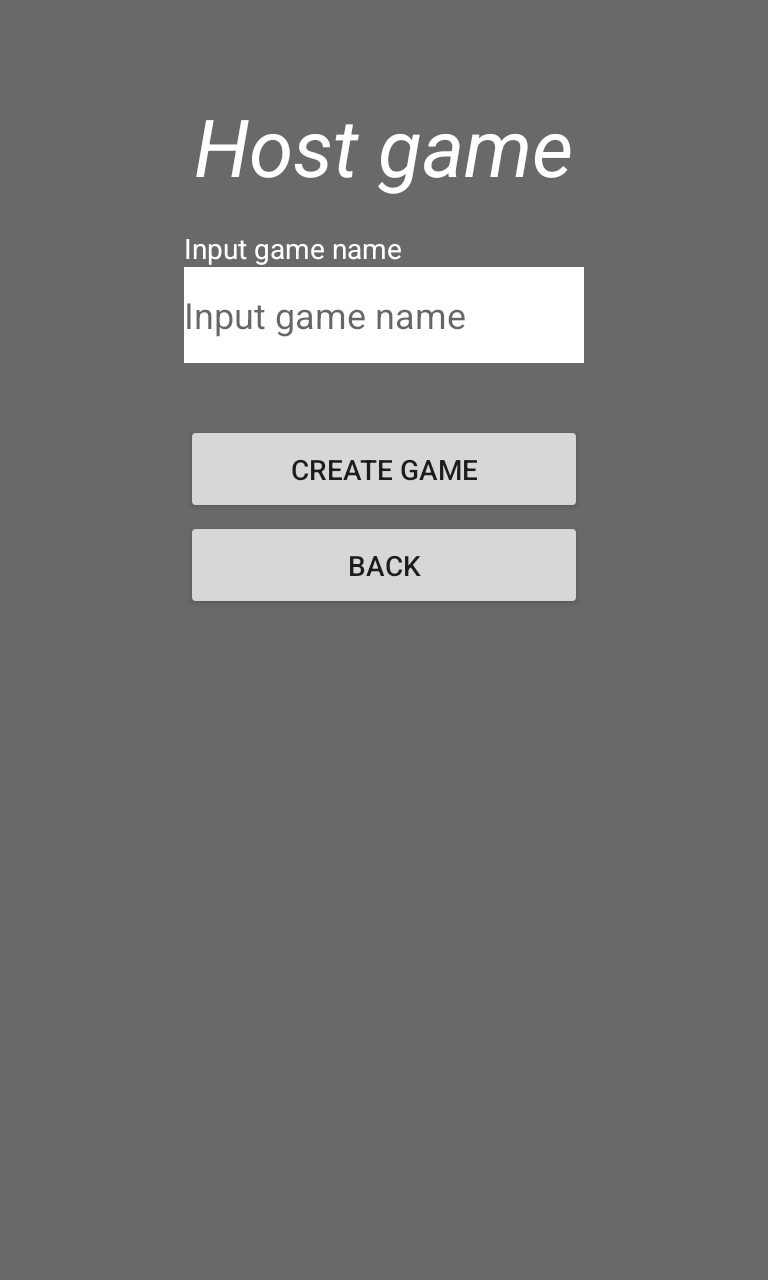
Repository: Hannanina/GuessTag
Layout: GuessTag/res/layout/activity_host.xml
The author's editor kept a copy of each file at every save. The layout is drawn from the files as they stood at one save, then again after the next save.
It is drawn on a 768 x 1280 px phone screen (xhdpi) without system bars, with theme AppTheme; the app's code is not run.

Above is the layout before, as saved 2014-12-08 10:26:39.

### GuessTag/res/layout/activity_host.xml
<LinearLayout xmlns:android="http://schemas.android.com/apk/res/android"
    xmlns:tools="http://schemas.android.com/tools"
    android:layout_width="match_parent"
    android:layout_height="match_parent"
    android:paddingBottom="@dimen/activity_vertical_margin"
    android:paddingLeft="@dimen/activity_horizontal_margin"
    android:paddingRight="@dimen/activity_horizontal_margin"
    android:paddingTop="@dimen/activity_vertical_margin"
    android:orientation="vertical"
    android:background="@color/DimGray"
    tools:context="com.example.guesstag.HostActivity" >

    <TextView
        android:id="@+id/host_heading"
        android:layout_marginTop="30dp"
        android:layout_marginBottom="15dp"
        android:layout_width="wrap_content"
	    android:layout_height="wrap_content"
	    android:layout_gravity="center"
	    android:text="@string/host_heading"
	    android:textStyle="italic"
	    android:textSize="40sp"
	    android:textColor="@color/White">
    </TextView>

    <LinearLayout
        android:id="@+id/input_container"
        android:orientation="vertical"
        android:layout_width="200dp"
        android:layout_height="96dp"
        android:layout_gravity="center" >
   		<TextView
        	android:id="@+id/game_name_instruction"
        	android:layout_width="wrap_content"
	    	android:layout_height="wrap_content"
	    	android:text="@string/game_name_instruction"
	    	android:textColor="@color/White">
    	</TextView>

    	<EditText
        	android:id="@+id/input_game_name"
        	android:layout_width="match_parent"
        	android:layout_height="48dp"
        	android:layout_gravity="center"
        	android:background="@color/White"
        	android:hint="@string/input_game_name" >

    	</EditText>
    </LinearLayout>

    <Button
	    android:id="@+id/button_create"
	    android:layout_width="200dp"
	    android:layout_height="48dp"
	    android:layout_gravity="bottom|center"
	    android:text="@string/button_create"
	    android:onClick="onClickCreate" >
	</Button>

    <Button
	    android:id="@+id/button_back"
	    android:layout_width="200dp"
	    android:layout_height="48dp"
	    android:layout_gravity="bottom|center"
	    android:text="@string/button_back"
	    android:onClick="onClickBack" >
	</Button>

</LinearLayout>

### GuessTag/res/values/colors.xml
<?xml version="1.0" encoding="utf-8"?>
<resources>
 <color name="white">#FFFFFF</color>
 <color name="yellow">#FFFF00</color>
 <color name="fuchsia">#FF00FF</color>
 <color name="red">#FF0000</color>
 <color name="silver">#C0C0C0</color>
 <color name="gray">#808080</color>
 <color name="olive">#808000</color>
 <color name="purple">#800080</color>
 <color name="maroon">#800000</color>
 <color name="aqua">#00FFFF</color>
 <color name="lime">#00FF00</color>
 <color name="teal">#008080</color>
 <color name="green">#008000</color>
 <color name="blue">#0000FF</color>
 <color name="navy">#000080</color>
 <color name="black">#000000</color>


 <color name="White">#FFFFFF</color>
 <color name="Ivory">#FFFFF0</color>
 <color name="LightYellow">#FFFFE0</color>
 <color name="Yellow">#FFFF00</color>
 <color name="Snow">#FFFAFA</color>
 <color name="FloralWhite">#FFFAF0</color>
 <color name="LemonChiffon">#FFFACD</color>
 <color name="Cornsilk">#FFF8DC</color>
 <color name="Seashell">#FFF5EE</color>
 <color name="LavenderBlush">#FFF0F5</color>
 <color name="PapayaWhip">#FFEFD5</color>
 <color name="BlanchedAlmond">#FFEBCD</color>
 <color name="MistyRose">#FFE4E1</color>
 <color name="Bisque">#FFE4C4</color>
 <color name="Moccasin">#FFE4B5</color>
 <color name="NavajoWhite">#FFDEAD</color>
 <color name="PeachPuff">#FFDAB9</color>
 <color name="Gold">#FFD700</color>
 <color name="Pink">#FFC0CB</color>
 <color name="LightPink">#FFB6C1</color>
 <color name="Orange">#FFA500</color>
 <color name="LightSalmon">#FFA07A</color>
 <color name="DarkOrange">#FF8C00</color>
 <color name="Coral">#FF7F50</color>
 <color name="HotPink">#FF69B4</color>
 <color name="Tomato">#FF6347</color>
 <color name="OrangeRed">#FF4500</color>
 <color name="DeepPink">#FF1493</color>
 <color name="Fuchsia">#FF00FF</color>
 <color name="Magenta">#FF00FF</color>
 <color name="Red">#FF0000</color>
 <color name="OldLace">#FDF5E6</color>
 <color name="LightGoldenrodYellow">#FAFAD2</color>
 <color name="Linen">#FAF0E6</color>
 <color name="AntiqueWhite">#FAEBD7</color>
 <color name="Salmon">#FA8072</color>
 <color name="GhostWhite">#F8F8FF</color>
 <color name="MintCream">#F5FFFA</color>
 <color name="WhiteSmoke">#F5F5F5</color>
 <color name="Beige">#F5F5DC</color>
 <color name="Wheat">#F5DEB3</color>
 <color name="SandyBrown">#F4A460</color>
 <color name="Azure">#F0FFFF</color>
 <color name="Honeydew">#F0FFF0</color>
 <color name="AliceBlue">#F0F8FF</color>
 <color name="Khaki">#F0E68C</color>
 <color name="LightCoral">#F08080</color>
 <color name="PaleGoldenrod">#EEE8AA</color>
 <color name="Violet">#EE82EE</color>
 <color name="DarkSalmon">#E9967A</color>
 <color name="Lavender">#E6E6FA</color>
 <color name="LightCyan">#E0FFFF</color>
 <color name="BurlyWood">#DEB887</color>
 <color name="Plum">#DDA0DD</color>
 <color name="Gainsboro">#DCDCDC</color>
 <color name="Crimson">#DC143C</color>
 <color name="PaleVioletRed">#DB7093</color>
 <color name="Goldenrod">#DAA520</color>
 <color name="Orchid">#DA70D6</color>
 <color name="Thistle">#D8BFD8</color>
 <color name="LightGrey">#D3D3D3</color>
 <color name="Tan">#D2B48C</color>
 <color name="Chocolate">#D2691E</color>
 <color name="Peru">#CD853F</color>
 <color name="IndianRed">#CD5C5C</color>
 <color name="MediumVioletRed">#C71585</color>
 <color name="Silver">#C0C0C0</color>
 <color name="DarkKhaki">#BDB76B</color>
 <color name="RosyBrown">#BC8F8F</color>
 <color name="MediumOrchid">#BA55D3</color>
 <color name="DarkGoldenrod">#B8860B</color>
 <color name="FireBrick">#B22222</color>
 <color name="PowderBlue">#B0E0E6</color>
 <color name="LightSteelBlue">#B0C4DE</color>
 <color name="PaleTurquoise">#AFEEEE</color>
 <color name="GreenYellow">#ADFF2F</color>
 <color name="LightBlue">#ADD8E6</color>
 <color name="DarkGray">#A9A9A9</color>
 <color name="Brown">#A52A2A</color>
 <color name="Sienna">#A0522D</color>
 <color name="YellowGreen">#9ACD32</color>
 <color name="DarkOrchid">#9932CC</color>
 <color name="PaleGreen">#98FB98</color>
 <color name="DarkViolet">#9400D3</color>
 <color name="MediumPurple">#9370DB</color>
 <color name="LightGreen">#90EE90</color>
 <color name="DarkSeaGreen">#8FBC8F</color>
 <color name="SaddleBrown">#8B4513</color>
 <color name="DarkMagenta">#8B008B</color>
 <color name="DarkRed">#8B0000</color>
 <color name="BlueViolet">#8A2BE2</color>
 <color name="LightSkyBlue">#87CEFA</color>
 <color name="SkyBlue">#87CEEB</color>
 <color name="Gray">#808080</color>
 <color name="Olive">#808000</color>
 <color name="Purple">#800080</color>
 <color name="Maroon">#800000</color>
 <color name="Aquamarine">#7FFFD4</color>
 <color name="Chartreuse">#7FFF00</color>
 <color name="LawnGreen">#7CFC00</color>
 <color name="MediumSlateBlue">#7B68EE</color>
 <color name="LightSlateGray">#778899</color>
 <color name="SlateGray">#708090</color>
 <color name="OliveDrab">#6B8E23</color>
 <color name="SlateBlue">#6A5ACD</color>
 <color name="DimGray">#696969</color>
 <color name="MediumAquamarine">#66CDAA</color>
 <color name="CornflowerBlue">#6495ED</color>
 <color name="CadetBlue">#5F9EA0</color>
 <color name="DarkOliveGreen">#556B2F</color>
 <color name="Indigo">#4B0082</color>
 <color name="MediumTurquoise">#48D1CC</color>
 <color name="DarkSlateBlue">#483D8B</color>
 <color name="SteelBlue">#4682B4</color>
 <color name="RoyalBlue">#4169E1</color>
 <color name="Turquoise">#40E0D0</color>
 <color name="MediumSeaGreen">#3CB371</color>
 <color name="LimeGreen">#32CD32</color>
 <color name="DarkSlateGray">#2F4F4F</color>
 <color name="SeaGreen">#2E8B57</color>
 <color name="ForestGreen">#228B22</color>
 <color name="LightSeaGreen">#20B2AA</color>
 <color name="DodgerBlue">#1E90FF</color>
 <color name="MidnightBlue">#191970</color>
 <color name="Aqua">#00FFFF</color>
 <color name="Cyan">#00FFFF</color>
 <color name="SpringGreen">#00FF7F</color>
 <color name="Lime">#00FF00</color>
 <color name="MediumSpringGreen">#00FA9A</color>
 <color name="DarkTurquoise">#00CED1</color>
 <color name="DeepSkyBlue">#00BFFF</color>
 <color name="DarkCyan">#008B8B</color>
 <color name="Teal">#008080</color>
 <color name="Green">#008000</color>
 <color name="DarkGreen">#006400</color>
 <color name="Blue">#0000FF</color>
 <color name="MediumBlue">#0000CD</color>
 <color name="DarkBlue">#00008B</color>
 <color name="Navy">#000080</color>
 <color name="Black">#000000</color>
</resources>

### GuessTag/res/values/strings.xml
<?xml version="1.0" encoding="utf-8"?>
<resources>

    <string name="app_name">guess#</string>
    <string name="hello_world">Hello world!</string>
    <string name="action_settings">Settings</string>

    <!-- BACK BUTTON -->
    <string name="button_back">Back</string>

    <!-- START ACTIVITY -->
    <string name="start_heading">guess#</string>
    <string name="button_start">Start new game</string>
    <string name="button_highscore">Highscore</string>
    <string name="button_rules">Rules</string>
    <string name="title_activity_rules">RulesActivity</string>

    <!-- RULES ACTIVITY -->
    <string name="rules_heading">Rules</string>
    <string name="rules_text">Lorem ipsum dolor sit amet, consectetuer adipiscing elit, sed diam nonummy nibh euismod tincidunt ut laoreet dolore magna aliquam erat volutpat. Ut wisi enim ad minim veniam, quis nostrud exerci tation ullamcorper suscipit lobortis nisl ut aliquip ex ea commodo consequat. Duis autem vel eum iriure dolor in hendrerit in vulputate velit esse molestie consequat, vel illum dolore eu feugiat nulla facilisis at vero eros et accumsan et iusto odio dignissim qui blandit praesent luptatum zzril delenit augue duis dolore te feugait nulla facilisi. Nam liber tempor cum soluta nobis eleifend option congue nihil imperdiet doming id quod mazim placerat facer possim assum. Typi non habent claritatem insitam; est usus legentis in iis qui facit eorum claritatem. Investigationes demonstraverunt lectores legere me lius quod ii legunt saepius. Claritas est etiam processus dynamicus, qui sequitur mutationem consuetudium lectorum. Mirum est notare quam littera gothica, quam nunc putamus parum claram, anteposuerit litterarum formas humanitatis per seacula quarta decima et quinta decima. Eodem modo typi, qui nunc nobis videntur parum clari, fiant sollemnes in futurum.</string>

    <!-- NEW ACTIVITY -->
    <string name="new_heading">Start new game</string>
    <string name="button_host">Host game</string>
    <string name="button_join">Join game</string>

    <!-- HOST ACTIVITY -->
    <string name="host_heading">Host game</string>
    <string name="game_name_instruction">Input game name</string>
    <string name="difficulty_setting">Set difficulty</string>
    <string name="input_game_name">Input game name</string>
    <string name="button_create">Create game</string>

    <!-- INPUT TAG ACTIVITY -->
    <string name="title_activity_input_tag">InputTagActivity</string>
    <string name="title_activity_select_tagger">SelectTaggerActivity</string>

    <!-- TIMER ACTIVITY -->
    <string name="title_activity_timer">TimerActivity</string>
    <string name="title_activity_host">HostActivity</string>

</resources>

Loaded but not shown: GuessTag/res/values/styles.xml (common file); GuessTag/res/values-v11/styles.xml (common file); GuessTag/res/values-v14/styles.xml (common file); GuessTag/res/values/dimens.xml (common file); GuessTag/res/values-w820dp/dimens.xml (common file)

After the next save:
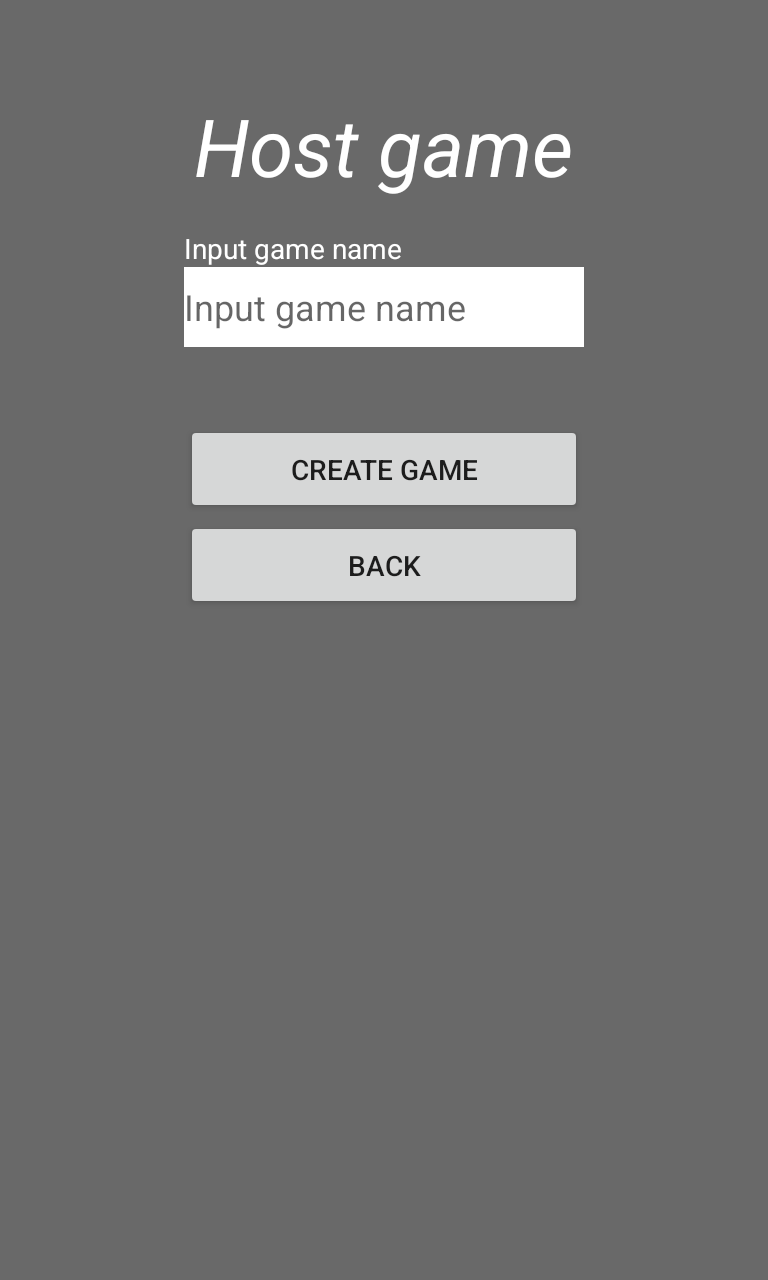
Saved 12 s later.
--- a/GuessTag/res/layout/activity_host.xml
+++ b/GuessTag/res/layout/activity_host.xml
@@ -40,7 +40,7 @@
     	<EditText
         	android:id="@+id/input_game_name"
         	android:layout_width="match_parent"
-        	android:layout_height="48dp"
+        	android:layout_height="40dp"
         	android:layout_gravity="center"
         	android:background="@color/White"
         	android:hint="@string/input_game_name" >
